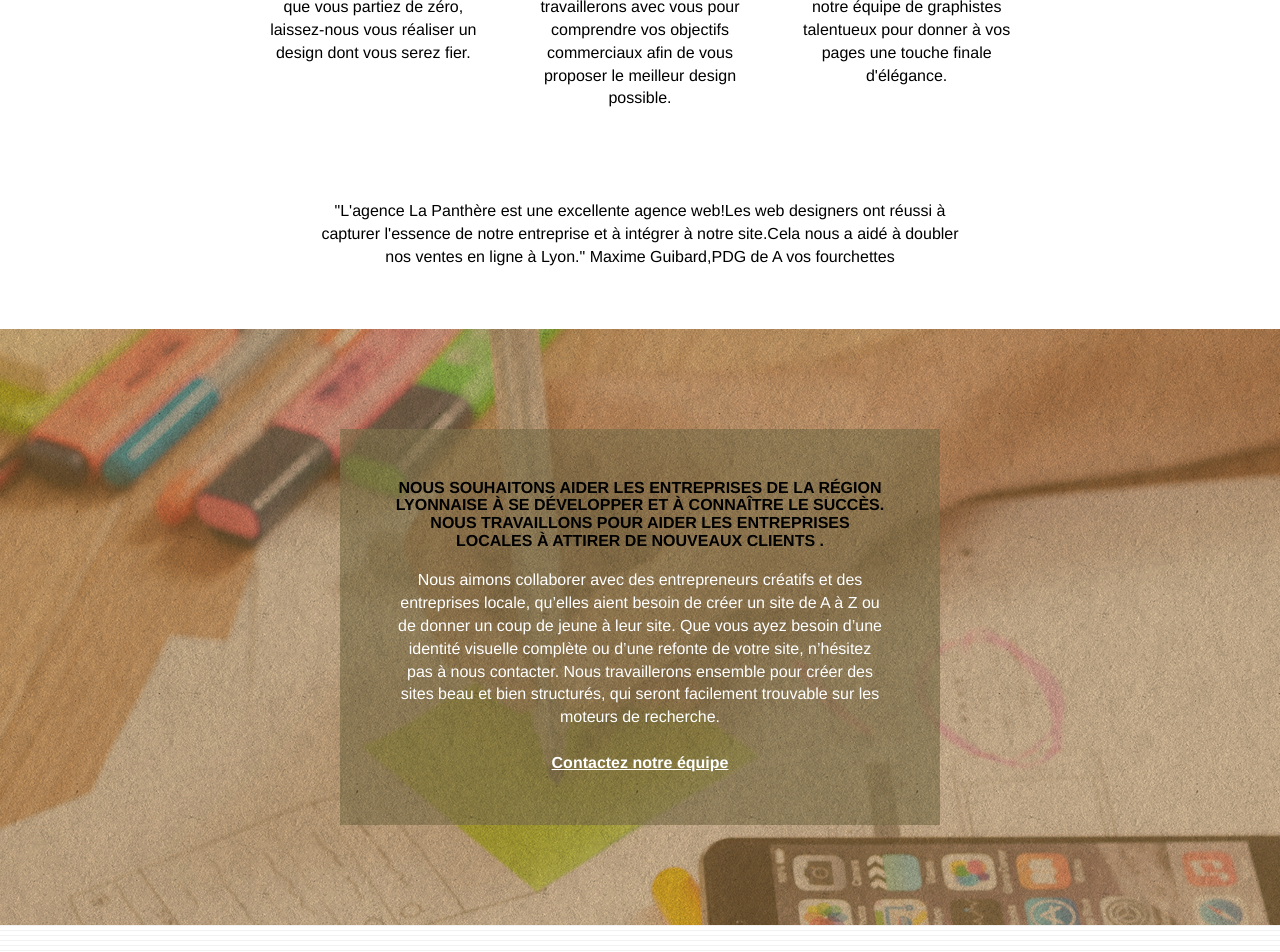
Repository: EtudianteHU/Uyarci_Hilal_4_code_012023
Page: index.html
The author's editor kept a copy of each file at every save. The page is drawn from the files as they stood at one save, then again after the next save.
The browser window is 1280 px wide. The pictures show the part of the page from y = 826 to 1778 px (the page is 3422 px tall before and 3445 px after).
A picture or video elsewhere on the page could not be fetched, so the positions and the page height are approximate. Backgrounds fixed to the window are drawn as part of the page.

Above is the page before, as saved 2023-02-23 22:33:49.

After the next save:
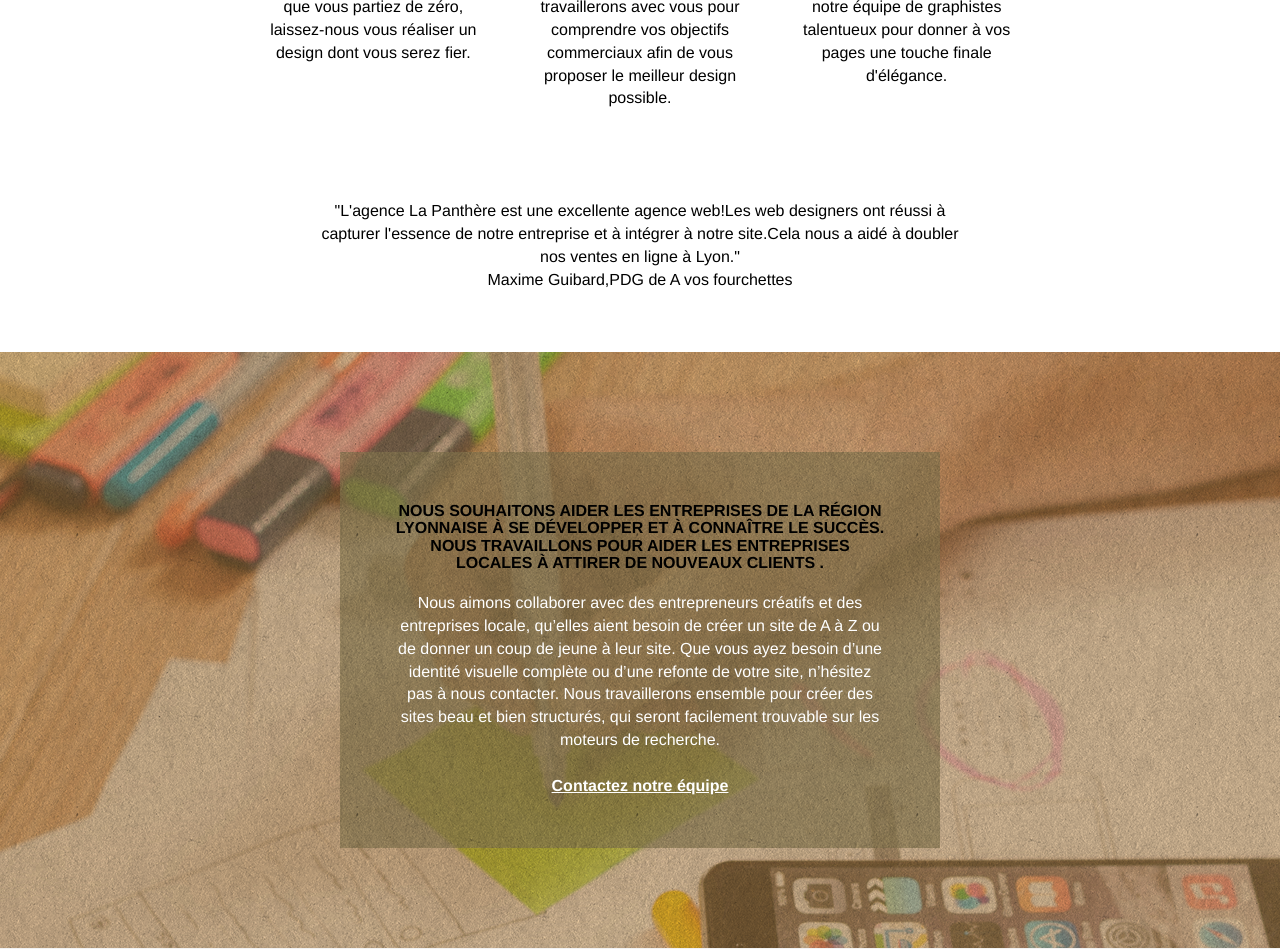
Saved 8 s later.
--- a/index.html
+++ b/index.html
@@ -188,7 +188,7 @@
                                 web!Les web designers ont réussi à capturer
                                 l'essence de notre entreprise et à intégrer à
                                 notre site.Cela nous a aidé à doubler nos ventes
-                                en ligne à Lyon."</b> Maxime Guibard,PDG de A vos
+                                en ligne à Lyon."</br> Maxime Guibard,PDG de A vos
                                 fourchettes
                             </p>
                         </div>
